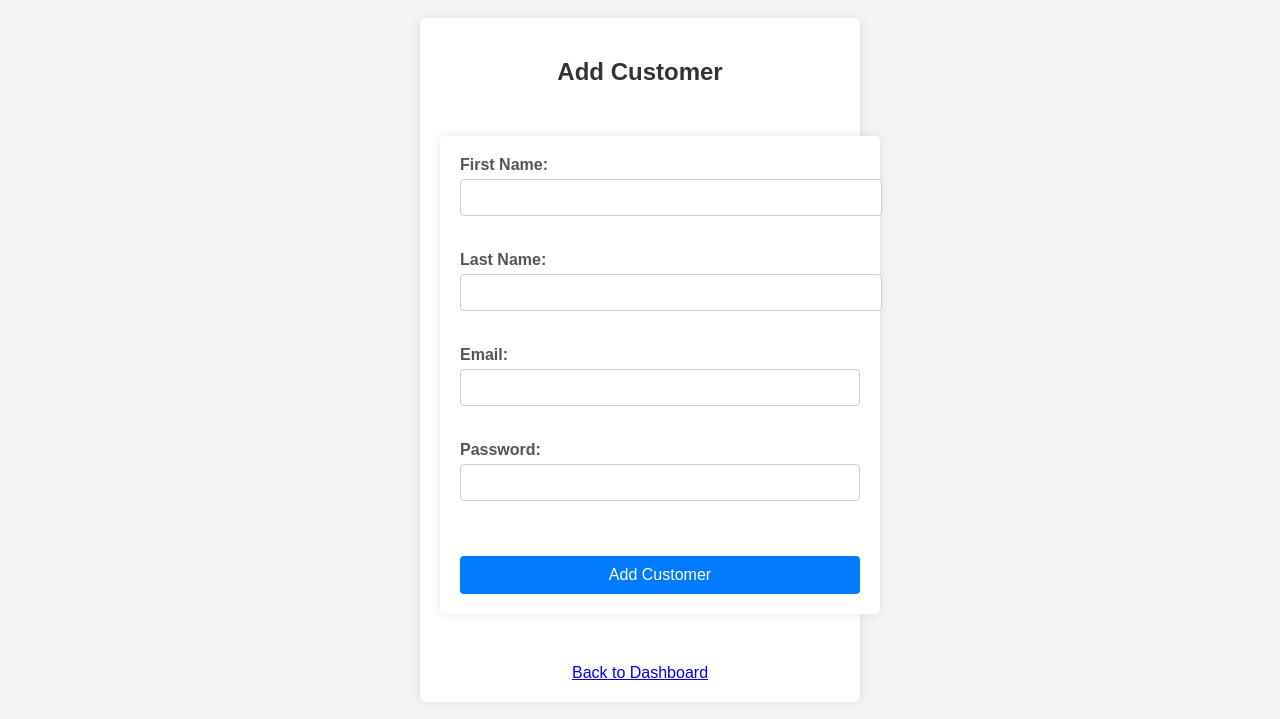
Repository: vinayakGarudi2002/swabhavTrainingProjects
Page: http://localhost/01_banking_application/addCustomer.jsp
These files come from the project's save history. The page is drawn as it stood at one moment and after the next save; the edit follows.
The browser window is 1280 px wide. The pictures show the whole page.
The page is served by Tomcat 9.

Above is the page before, as saved 2024-08-12 10:56:30.

After the next save:
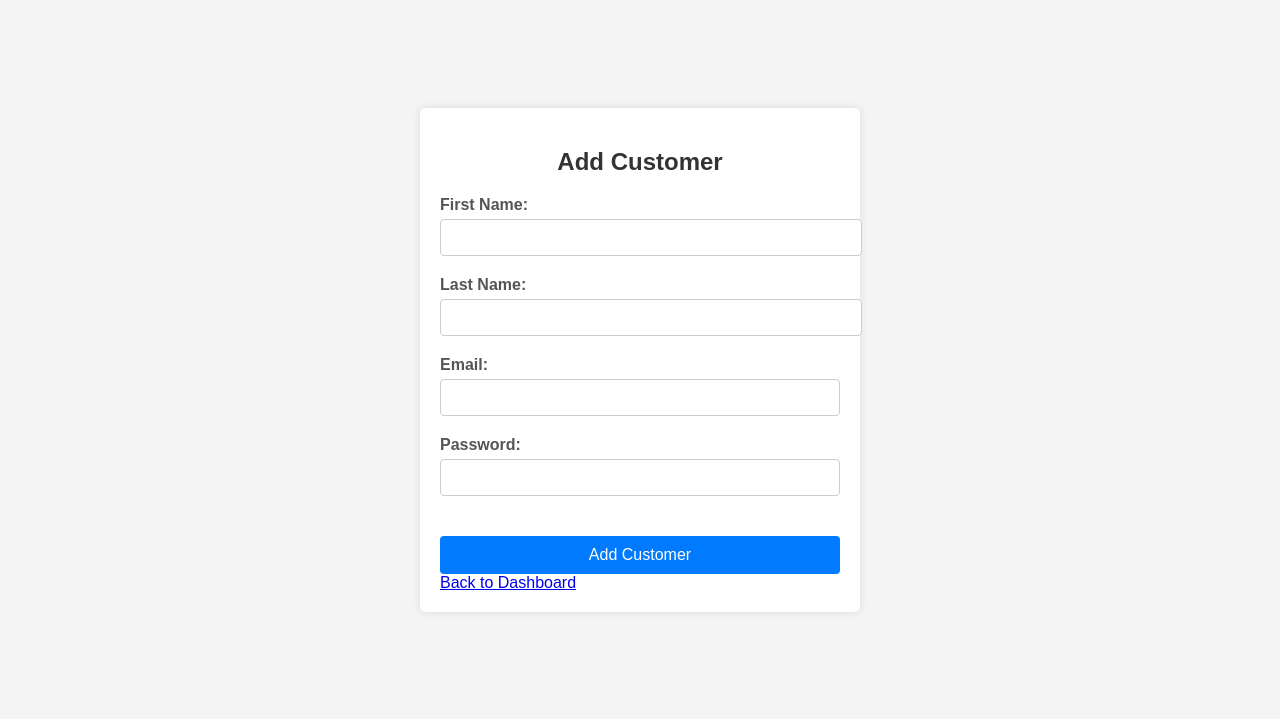
Saved 57 s later.
--- a/01_banking_application/WebContent/addCustomer.jsp
+++ b/01_banking_application/WebContent/addCustomer.jsp
@@ -1,53 +1,45 @@
 <%@ page language="java" contentType="text/html; charset=UTF-8" pageEncoding="UTF-8"%>
 <%@ taglib uri="http://java.sun.com/jsp/jstl/core" prefix="c" %>
 <!DOCTYPE html>
-<html lang="en">
+<html>
 <head>
     <meta charset="UTF-8">
     <title>Add Customer - Banking App</title>
     <link rel="stylesheet" type="text/css" href="static/css/styles.css">
 </head>
 <body>
-    <div class="dashboard-container">
+    <div class="form-container">
         <h2>Add Customer</h2>
-        <form action="AddCustomerServlet" method="post" class="form-container">
-            <div class="form-group">
-                <label for="firstName">First Name:</label>
-                <input type="text" id="firstName" name="firstName" class="form-control" required>
-            </div>
-            <div class="form-group">
-                <label for="lastName">Last Name:</label>
-                <input type="text" id="lastName" name="lastName" class="form-control" required>
-            </div>
-            <div class="form-group">
-                <label for="email">Email:</label>
-                <input type="email" id="email" name="email" class="form-control" required>
-            </div>
-            <div class="form-group">
-                <label for="password">Password:</label>
-                <input type="password" id="password" name="password" class="form-control" required>
-            </div>
-            <div class="form-actions">
-                <button type="submit" class="btn btn-primary">Add Customer</button>
-            </div>
+        <form action="AddCustomerServlet" method="post">
+            <label for="firstName">First Name:</label>
+            <input type="text" id="firstName" name="firstName" required>
+
+            <label for="lastName">Last Name:</label>
+            <input type="text" id="lastName" name="lastName" required>
+
+            <label for="email">Email:</label>
+            <input type="email" id="email" name="email" required>
+
+            <label for="password">Password:</label>
+            <input type="password" id="password" name="password" required>
+
+            <button type="submit">Add Customer</button>
         </form>
 
-        <!-- Error and Success Messages -->
+        <!-- Error message -->
         <c:if test="${not empty errorMessage}">
             <div class="error-message">
                 <c:out value="${errorMessage}"/>
             </div>
         </c:if>
 
-        <c:if test="${not empty succesMessage}">
+         <c:if test="${not empty succesMessage}">
             <div class="succes-message">
                 <c:out value="${succesMessage}"/>
             </div>
         </c:if>
 
-        <div class="form-actions">
-            <a href="adminDashboard.jsp" class="btn btn-secondary">Back to Dashboard</a>
-        </div>
+        <a href="adminDashboard.jsp">Back to Dashboard</a>
     </div>
 </body>
 </html>

After the save that followed:
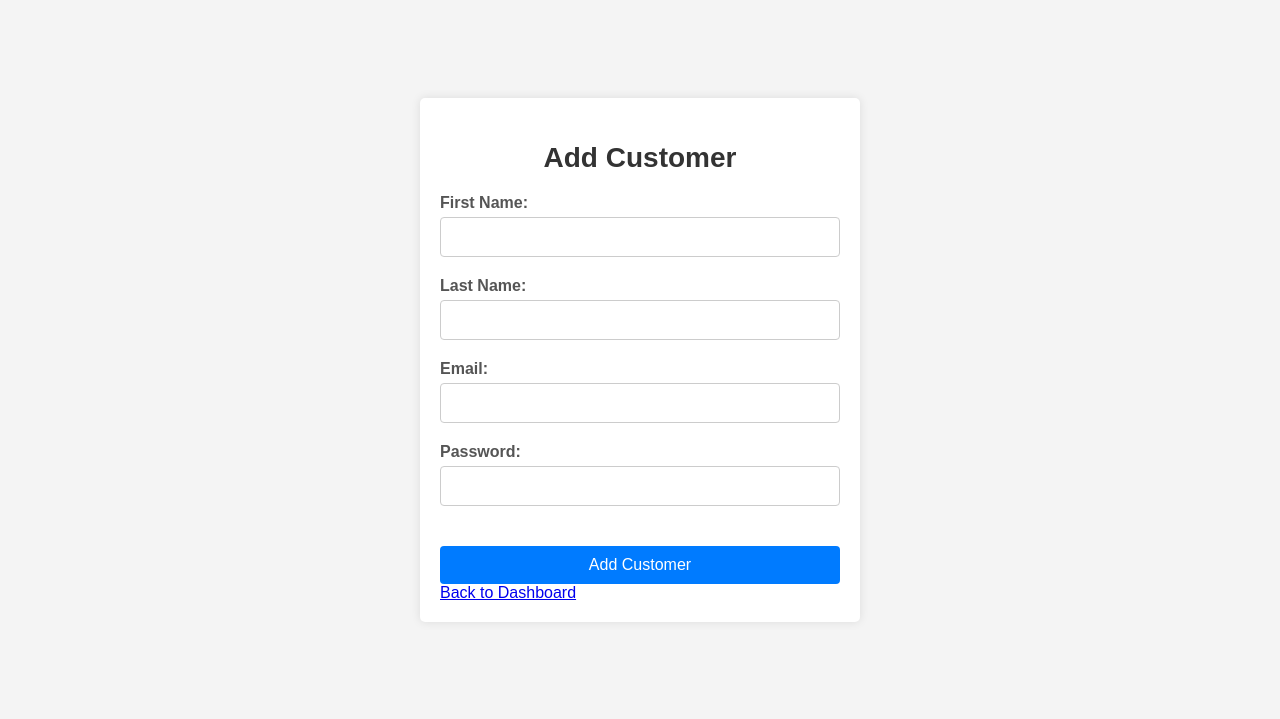
Saved 75 s later.
--- a/01_banking_application/WebContent/static/css/styles.css
+++ b/01_banking_application/WebContent/static/css/styles.css
@@ -171,3 +171,105 @@ button:hover {
     margin-top: 20px;
     text-align: center;
 }
+
+
+/* styles.css */
+body {
+    font-family: Arial, sans-serif;
+    background-color: #f4f4f4;
+    margin: 0;
+    display: flex;
+    justify-content: center;
+    align-items: center;
+    height: 100vh;
+}
+
+.dashboard-container {
+    background-color: #fff;
+    padding: 30px;
+    border-radius: 8px;
+    box-shadow: 0 0 15px rgba(0, 0, 0, 0.1);
+    width: 100%;
+    max-width: 500px;
+    margin: 0 auto;
+    text-align: center;
+}
+
+h2 {
+    margin-bottom: 20px;
+    font-size: 28px;
+    color: #333;
+    text-align: center;
+}
+
+.form-container {
+    margin-top: 20px;
+    width: 100%;
+    max-width: 400px;
+    margin: 0 auto;
+}
+
+.form-group {
+    margin-bottom: 20px;
+    text-align: left;
+}
+
+label {
+    display: block;
+    margin-bottom: 5px;
+    color: #555;
+    font-weight: bold;
+}
+
+input[type="text"],
+input[type="email"],
+input[type="password"] {
+    width: 100%;
+    padding: 10px;
+    box-sizing: border-box;
+    border: 1px solid #ddd;
+    border-radius: 4px;
+    font-size: 16px;
+}
+
+.form-actions {
+    text-align: center;
+}
+
+button.btn {
+    width: 100%;
+    padding: 12px;
+    background-color: #007bff;
+    color: white;
+    border: none;
+    border-radius: 4px;
+    cursor: pointer;
+    font-size: 16px;
+}
+
+button.btn:hover {
+    background-color: #0056b3;
+}
+
+.btn-secondary {
+    margin-top: 20px;
+    background-color: #6c757d;
+}
+
+.btn-secondary:hover {
+    background-color: #5a6268;
+}
+
+.error-message {
+    color: #dc3545;
+    font-weight: bold;
+    margin-top: 10px;
+    text-align: center;
+}
+
+.succes-message {
+    color: green;
+    font-weight: bold;
+    margin-top: 10px;
+    text-align: center;
+}
